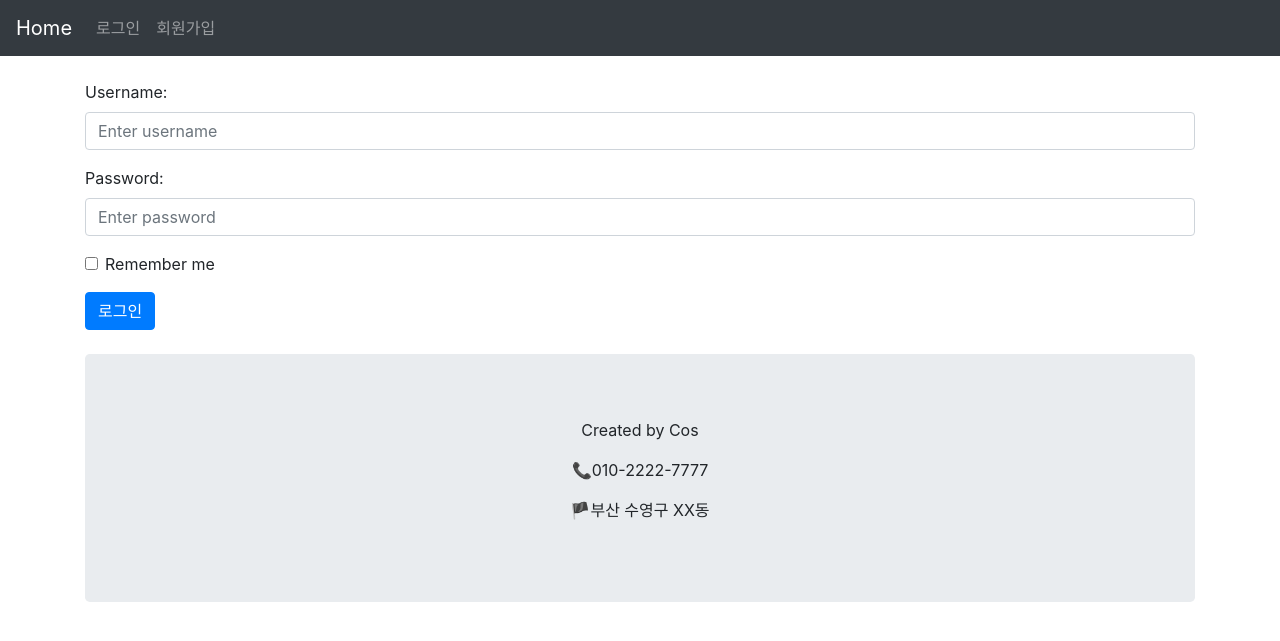
Repository: dngus1683/GameRoom
Page: http://localhost/blog/WEB-INF/views/user/loginForm.jsp
These files come from the project's save history. The page is drawn as it stood at one moment and after the next save; the edit follows.
The browser window is 1280 px wide. The pictures show the whole page.
The page is served by Tomcat 9. Nobody is signed in. Other server files are loaded and not shown. The template is opened directly, without the code that normally fills it, so the values that code supplies are empty.

Above is the page before, as saved 2022-06-07 15:58:58.

### project1_GameRoom/Project/backend/조성환/blog/src/main/webapp/WEB-INF/views/user/loginForm.jsp
<%@ page language="java" contentType="text/html; charset=UTF-8" pageEncoding="UTF-8"%>
<!-- ..는 한칸위로 간다 -->
<%@ include file="../layout/header.jsp"%>

<div class="container">

	<form action="/action_page.php">
		<div class="form-group">
			<label for="username">Username:</label> <input type="text" class="form-control" placeholder="Enter username" id="username">
		</div>

		<div class="form-group">
			<label for="password">Password:</label> <input type="password" class="form-control" placeholder="Enter password" id="password">
		</div>


		<div class="form-group form-check">
			<label class="form-check-label"> <input class="form-check-input" type="checkbox"> Remember me
			</label>
		</div>
		<button type="submit" class="btn btn-primary">로그인</button>
	</form>

	<%@ include file="../layout/footer.jsp"%>

### project1_GameRoom/Project/backend/조성환/blog/src/main/webapp/WEB-INF/views/layout/header.jsp
<%@ page language="java" contentType="text/html; charset=UTF-8" pageEncoding="UTF-8"%>
<!DOCTYPE html>
<html lang="en">
<head>
<title>Bootstrap Example</title>
<meta charset="utf-8">
<meta name="viewport" content="width=device-width, initial-scale=1">
<link rel="stylesheet" href="https://cdn.jsdelivr.net/npm/bootstrap@4.6.1/dist/css/bootstrap.min.css">

</head>
<body>

	<nav class="navbar navbar-expand-md bg-dark navbar-dark">
		<a class="navbar-brand" href="/blog">Home</a>
		<button class="navbar-toggler" type="button" data-toggle="collapse" data-target="#collapsibleNavbar">
			<span class="navbar-toggler-icon"></span>
		</button>
		<div class="collapse navbar-collapse" id="collapsibleNavbar">
			<ul class="navbar-nav">
				<li class="nav-item"><a class="nav-link" href="/blog/user/loginForm">로그인</a></li>
				<li class="nav-item"><a class="nav-link" href="/blog/user/joinForm">회원가입</a></li>
				<li class="nav-item"></li>
			</ul>
		</div>
	</nav>
	<br/>

### project1_GameRoom/Project/backend/조성환/blog/src/main/webapp/WEB-INF/views/layout/footer.jsp
<%@ page language="java" contentType="text/html; charset=UTF-8" pageEncoding="UTF-8"%>
<br />
<!-- Footer는 모든 페이지의 맨 아래, 본문 내용 아래에 위치한 영역을 이릅니다 -->
<div class="jumbotron text-center" style="margin-bottom: 0">
	<p>Created by Cos</p>
	<p>📞010-2222-7777</p>
	<p>🏴부산 수영구 XX동</p>
</div>

<!-- script: body 끝에서 가장 가까운 곳에 넣는다.  -->
<script src="https://cdn.jsdelivr.net/npm/jquery@3.6.0/dist/jquery.slim.min.js"></script>
<script src="https://cdn.jsdelivr.net/npm/popper.js@1.16.1/dist/umd/popper.min.js"></script>
<script src="https://cdn.jsdelivr.net/npm/bootstrap@4.6.1/dist/js/bootstrap.bundle.min.js"></script>
</body>
</html>

After the next save:
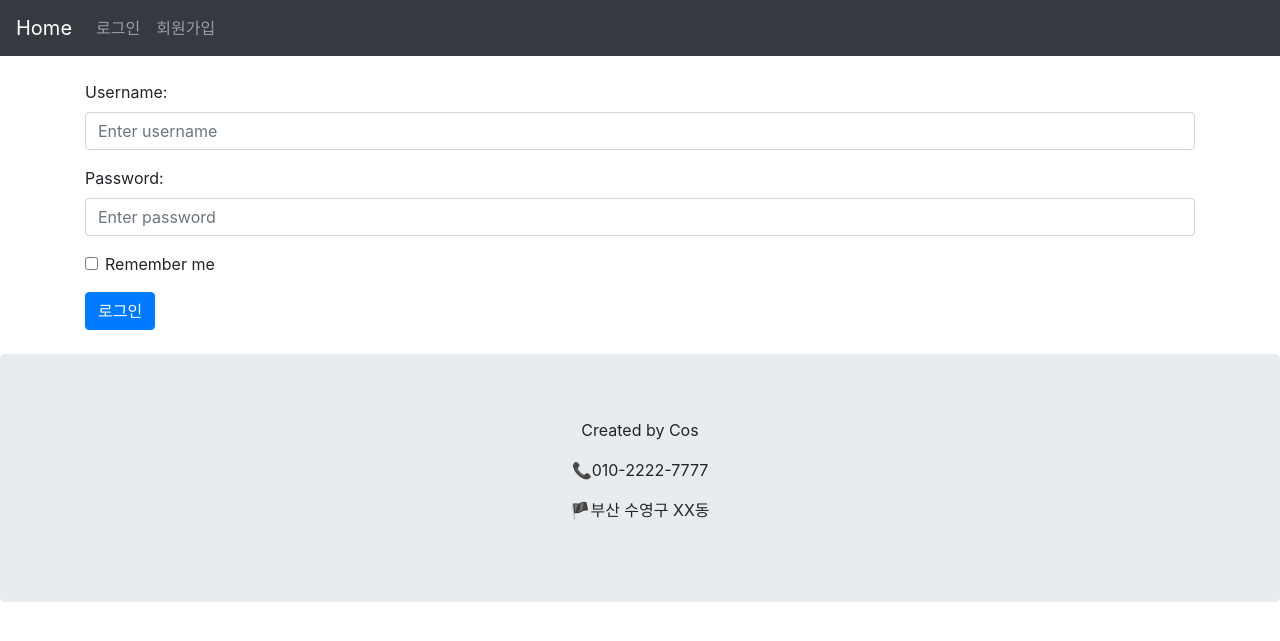
Saved 9 s later.
--- a/project1_GameRoom/Project/backend/조성환/blog/src/main/webapp/WEB-INF/views/user/loginForm.jsp
+++ b/project1_GameRoom/Project/backend/조성환/blog/src/main/webapp/WEB-INF/views/user/loginForm.jsp
@@ -20,5 +20,5 @@
 		</div>
 		<button type="submit" class="btn btn-primary">로그인</button>
 	</form>
-
-	<%@ include file="../layout/footer.jsp"%>
+</div>
+<%@ include file="../layout/footer.jsp"%>
